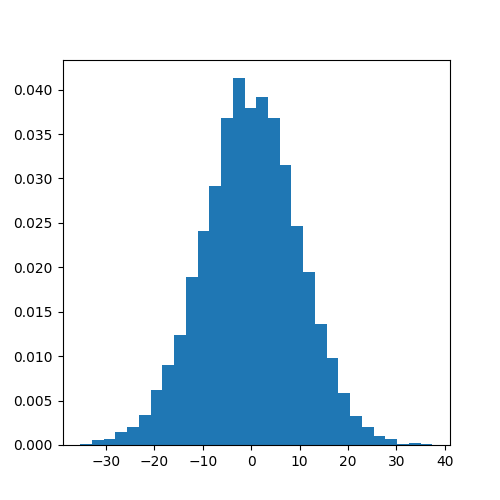
Repository: nishimuraHikar/PythonShowGraph
Script's output: python main.py
An editor plug-in stored every save of this project. The script's output is shown before and after the next save, followed by the edit.
Random numbers start from a fixed seed.

Above is the script's output before, as saved 2022-03-03 02:07:37.

### main.py
from time import time
import graph
import numpy as np

datafile = 'predict.csv'

timedata = graph.ReadColumn(datafile,0)
forcedatax = graph.ReadColumn(datafile, 1)
predictdatax = graph.ReadColumn(datafile, 2)
forcedatay = graph.ReadColumn(datafile, 3)
predictdatay = graph.ReadColumn(datafile, 4)

# graph.graph_1data(timedata, rawdata, "Raw Data")
# graph.graph_2data(timedata, rawdata, predictdata, "Raw Data", "Predict Data")
# graph.multiplot_2and1(timedata, forcedatax, predictdatax, forcedatay,predictdatay, "Actual X", "Predict X", "Actual Y", "Predict Y")
graph.histgram(np.random.normal(0, 10, 10000), 30, 10)

### graph.py
import numpy as np
import matplotlib.pyplot as plt
import pandas as pd
from scipy.stats import norm

def ReadColumn(csv, line_num): #csvと列番号を指定
    #csvからndarray型に変換
    csvdata = pd.read_csv(csv, header=0, usecols=[line_num])
    # csvから読んだデータをnumpyの行列に入れる
    array = csvdata.values
    return array

# グラフ表示
# 1つのグラフ
def graph_1data(x_data, y_data, labelname):
    plt.rcParams['font.family'] = 'Times New Roman'
    plt.rcParams["xtick.direction"] = "in"
    plt.rcParams["ytick.direction"] = "in"
    plt.rcParams["xtick.major.width"] = 1.5
    plt.rcParams["ytick.major.width"] = 1.5
    plt.rcParams["font.size"] = 14
    plt.rcParams["axes.linewidth"] = 1.5

    plt.plot(x_data, y_data, c="darkorange", label=labelname)
    np.linspace(min(x_data), max(x_data), 100)
    # plt.ylim(-1.55, 1.55)
    # plt.ylim(min(y_data), max(y_data))
    plt.xlabel("Time[sec]", fontname = 'Times New Roman')
    plt.ylabel("Force[N]", fontname = 'Times New Roman')
    plt.legend()
    # plt.savefig('NNresult.png') #PNGファイル生成
    plt.show()


# 2つのグラフ
def graph_2data(x_data, y1_data, y2_data, labelname1, labelname2):
    plt.rcParams['font.family'] = 'Times New Roman'
    plt.rcParams["xtick.direction"] = "in"
    plt.rcParams["ytick.direction"] = "in"
    plt.rcParams["xtick.major.width"] = 1.5
    plt.rcParams["ytick.major.width"] = 1.5
    plt.rcParams["font.size"] = 14
    plt.rcParams["axes.linewidth"] = 1.5

    plt.plot(x_data, y1_data, c="darkorange", label=labelname1)
    plt.plot(x_data, y2_data, c="blue", label=labelname2)
    np.linspace(min(x_data), max(x_data), 100)
    # plt.ylim(-0.01, 0.01)
    # plt.ylim(min(y_data), max(y_data))
    plt.xlabel("Time[sec]", fontname = 'Times New Roman')
    plt.ylabel("Force[N]", fontname = 'Times New Roman')
    plt.legend()
# <<<<<<< HEAD
#     plt.savefig('NNresult.png') #PNGファイル生成
#     plt.show()

# マルチプロット2行1列
def multiplot_2and1(x_data, y_data1a, y_data1b, y_data2a, y_data2b, labelname1, labelname2, labelname3, labelname4):
    plt.rcParams['font.family'] = 'Times New Roman'
    plt.rcParams["xtick.direction"] = "in"
    plt.rcParams["ytick.direction"] = "in"
    plt.rcParams["xtick.major.width"] = 1.5
    plt.rcParams["ytick.major.width"] = 1.5
    plt.rcParams["font.size"] = 16
    plt.rcParams["axes.linewidth"] = 1.5

    plt.figure(figsize=[9, 7])
    # ax1 = fig.add_subplot(2, 1, 1)
    # ax2 = fig.add_subplot(2, 1, 2)

    plt.subplot(211)
    plt.plot(x_data, y_data1a, c="darkorange", label=labelname1)
    plt.plot(x_data, y_data1b, c="blue", label=labelname2)
    plt.ylabel("Force[N]", fontname = 'Times New Roman')
    plt.xlim(0, 60)
    plt.ylim(-0.1, 0.2)
    plt.axvspan(40, 60, color="gray", alpha=0.3)
    plt.legend(loc = 'upper left')

    plt.subplot(212)
    plt.plot(x_data, y_data2a, c="darkorange", label=labelname3)
    plt.plot(x_data, y_data2b, c="blue", label=labelname4)
    plt.ylabel("Force[N]", fontname = 'Times New Roman')
    plt.xlim(0, 60)
    plt.ylim(-0.1, 0.2)

    np.linspace(min(x_data), max(x_data), 100)
    plt.xlabel("Time[sec]", fontname = 'Times New Roman')
    plt.axvspan(40, 60, color="gray", alpha=0.3)
    plt.legend(loc = 'upper left')

    plt.tight_layout()
    plt.savefig("result.pdf")
    plt.show()

# ヒストグラム
def histgram(data, binsnum, scale):
    fig = plt.figure(figsize = [5,5])
    ax = fig.add_subplot(111)
    ax.hist(data, bins = binsnum, density = True)
    X = np.linspace(-1.0, 1.0, 100)
    Y = norm.pdf(X, loc=0, scale=scale)
    # ax.plot(X, Y, c="darkorange")
    plt.show()

Loaded but not shown: predict.csv (59902 lines, source omitted)

After the next save:
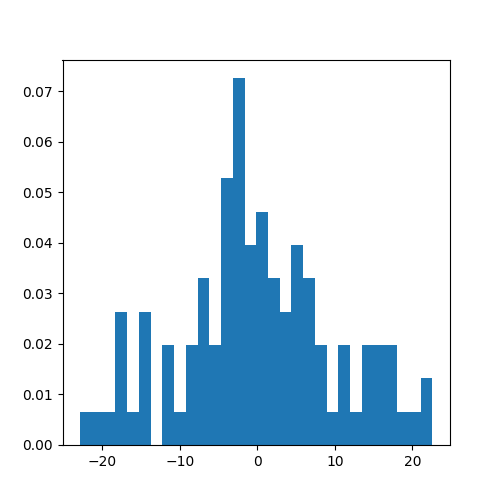
Saved 21 s later.
--- a/main.py
+++ b/main.py
@@ -13,4 +13,4 @@ predictdatay = graph.ReadColumn(datafile, 4)
 # graph.graph_1data(timedata, rawdata, "Raw Data")
 # graph.graph_2data(timedata, rawdata, predictdata, "Raw Data", "Predict Data")
 # graph.multiplot_2and1(timedata, forcedatax, predictdatax, forcedatay,predictdatay, "Actual X", "Predict X", "Actual Y", "Predict Y")
-graph.histgram(np.random.normal(0, 10, 10000), 30, 10)
+graph.histgram(np.random.normal(0, 10, 100), 30, 10)
